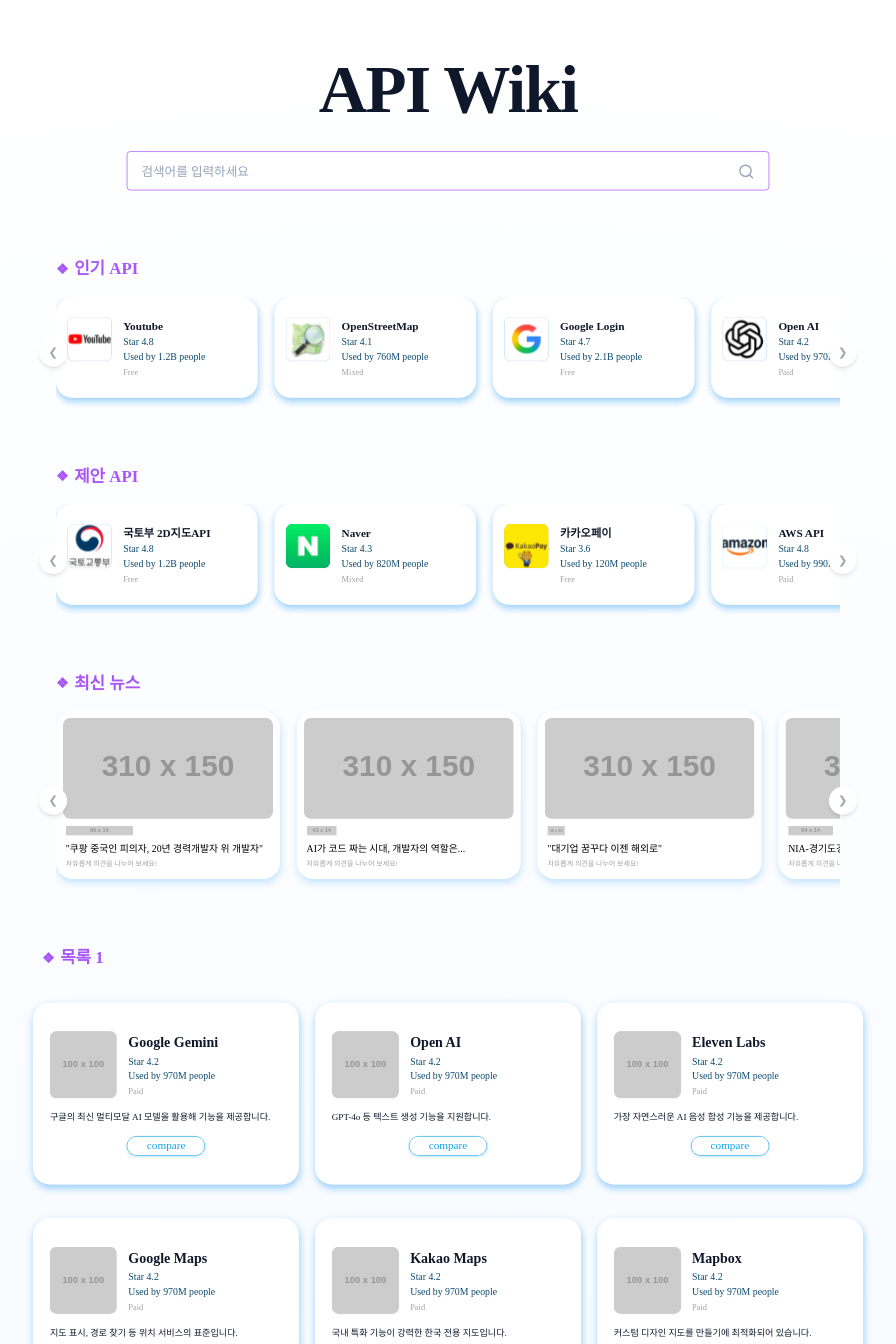
Repository: umc-apiwiki/FE_v1
Page: /
An editor plug-in stored every save of this project. The page is shown before and after the next save, followed by the edit.
The browser window is 1280 px wide. The pictures show the part of the page from y = 0 to 1920 px (the page is 8511 px tall), at 70% of full size.
The project was rebuilt for these pictures with package versions that can differ from the ones it lists, and the page was loaded fresh each time. Also part of the build but not shown: vite.config.ts.

Above is the page before, as saved 2026-01-17 20:29:24.

### index.html
<!doctype html>
<html lang="en">
  <head>
    <meta charset="UTF-8" />
    <link rel="icon" type="image/svg+xml" href="/vite.svg" />
    <meta name="viewport" content="width=device-width, initial-scale=1.0" />
    <title>apiwiki-fe-v1</title>
  </head>
  <body>
    <div id="root"></div>
    <script type="module" src="/src/main.tsx"></script>
  </body>
</html>

### src/index.css
@tailwind base;
@tailwind components;
@tailwind utilities;

:root {
  font-family: 'Pretendard Variable';
  font-weight: 400;
  color: #0b0f19;
  background-color: #f5f7fb;
  text-rendering: optimizeLegibility;
  -webkit-font-smoothing: antialiased;
}

@layer base {
  body {
    @apply min-h-screen bg-slate-50 text-slate-900 antialiased;
  }

  #root {
    @apply min-h-screen;
  }
}

### src/App.tsx
import HomePage from './app/page';

function App() {
  return (
    <div className="App">
      <HomePage />
    </div>
  );
}

export default App;

### src/components/APICard.tsx
interface APICardProps {
  title: string;
  star: string;
  usedBy: string;
  price: string;
  iconUrl: string;
  description?: string;
  isDetail?: boolean;
  isLarge?: boolean;
}

export default function APICard({
  title,
  star,
  usedBy,
  price,
  iconUrl,
  description,
  isDetail = false,
  isLarge = false,
}: APICardProps) {
  // 캐러셀용 작은 카드는 w-[288px], 목록용 큰 카드는 w-[380px]로 고정
  const cardSize = isDetail ? 'w-[380px] h-[260px]' : 'w-[288px] h-[144px]';
  const btnSize = isLarge ? 'w-32 h-8' : 'w-28 h-7';

  return (
    <div className={`group relative ${cardSize} flex-shrink-0 cursor-pointer`}>
      {/* 수정됨: border-[0.25px] border-sky-500 삭제 */}
      <div className="absolute inset-0 bg-gradient-to-b from-sky-500/10 to-white/20 rounded-2xl shadow-[1px_5px_10px_0px_rgba(33,150,243,0.25)]" />

      {/* 수정됨: border-[0.25px] border-sky-500 삭제 */}
      <div className="absolute inset-0 bg-white rounded-2xl shadow-[1px_5px_10px_0px_rgba(33,150,243,0.25)] transition-opacity duration-300 group-hover:opacity-0" />

      {/* 내부 패딩을 작은 카드는 p-4, 상세 카드는 p-6~7로 차등 적용 */}
      <div
        className={`relative h-full ${
          isDetail ? (isLarge ? 'p-7' : 'p-6') : 'p-4'
        } flex flex-col justify-center`}
      >
        <div className="flex items-start gap-4">
          <div
            className={`${
              isDetail ? 'w-24 h-24' : 'w-16 h-16'
            } rounded-[10px] overflow-hidden flex-shrink-0 bg-white shadow-sm`}
          >
            {/* 위 div에서 border-[0.5px] border-sky-500 삭제함 */}
            <img
              src={iconUrl}
              alt={title}
              className="w-full h-full object-cover"
            />
          </div>
          <div className="flex flex-col justify-start pt-1">
            <h3
              className={`text-slate-900 font-semibold leading-tight ${
                isDetail ? 'text-xl mb-1' : 'text-base mb-0.5'
              }`}
            >
              {title}
            </h3>
            <p className="text-sky-900 text-sm font-medium">Star {star}</p>
            <p className="text-sky-900 text-sm">Used by {usedBy}</p>
            <p className="text-zinc-400 text-xs mt-0.5">{price}</p>
          </div>
        </div>

        {isDetail && description && (
          <div className="mt-4">
            <p className="text-slate-900 text-[13px] font-normal line-clamp-2 mb-4 leading-relaxed">
              {description}
            </p>
            <div
              className={`mx-auto ${btnSize} relative rounded-[20px] shadow-[0px_2px_4px_0px_rgba(33,150,243,0.25)] border border-sky-500 overflow-hidden cursor-pointer`}
            >
              <div className="w-full h-full bg-white flex items-center justify-center hover:bg-sky-500 group/btn transition-colors duration-300">
                <span className="text-sky-500 text-base font-medium group-hover/btn:text-white transition-colors duration-300">
                  compare
                </span>
              </div>
            </div>
          </div>
        )}
      </div>
    </div>
  );
}

### src/components/APICarousel.tsx
'use client';
import React, { useRef } from 'react';

interface APICarouselProps {
  title: string;
  children: React.ReactNode;
}

export default function APICarousel({ title, children }: APICarouselProps) {
  const scrollRef = useRef<HTMLDivElement>(null);

  const scroll = (direction: 'left' | 'right') => {
    if (scrollRef.current) {
      const { scrollLeft, clientWidth } = scrollRef.current;
      const scrollTo =
        direction === 'left'
          ? scrollLeft - clientWidth
          : scrollLeft + clientWidth;
      scrollRef.current.scrollTo({ left: scrollTo, behavior: 'smooth' });
    }
  };

  return (
    <section className="w-full max-w-[1200px] mb-20 relative px-10">
      <h2 className="text-purple-500 text-2xl font-bold mb-6 flex items-center gap-2">
        <span className="text-xl">❖</span> {title}
      </h2>

      <div className="relative group/btns">
        {/* 화살표 버튼 */}
        <button
          onClick={() => scroll('left')}
          className="absolute -left-6 top-1/2 -translate-y-1/2 z-10 w-10 h-10 bg-white rounded-full shadow-md flex items-center justify-center text-gray-400 hover:text-sky-500"
        >
          ❮
        </button>

        <div
          ref={scrollRef}
          className="flex overflow-x-auto gap-6 no-scrollbar pb-4 scroll-smooth"
        >
          {children}
        </div>

        <button
          onClick={() => scroll('right')}
          className="absolute -right-6 top-1/2 -translate-y-1/2 z-10 w-10 h-10 bg-white rounded-full shadow-md flex items-center justify-center text-gray-400 hover:text-sky-500"
        >
          ❯
        </button>
      </div>
    </section>
  );
}

### src/components/NewsCard.tsx
interface NewsCardProps {
  title: string;
  publisherLogoUrl: string;
  thumbnailUrl: string;
}

export default function NewsCard({
  title,
  publisherLogoUrl,
  thumbnailUrl,
}: NewsCardProps) {
  return (
    <div className="group relative w-80 h-60 flex-shrink-0 cursor-pointer">
      {/* 수정됨: border-[0.25px] border-sky-500 삭제 */}
      <div
        className="w-full h-full bg-white rounded-2xl shadow-[1px_5px_10px_0px_rgba(33,150,243,0.25)]
        transition-all duration-300 group-hover:bg-gradient-to-b group-hover:from-sky-500/10 group-hover:to-white/20 p-2.5"
      >
        <img
          className="w-full h-36 rounded-[10px] object-cover mb-2.5"
          src={thumbnailUrl}
          alt="news"
        />
        <img
          className="h-3.5 ml-1 mb-2 object-contain"
          src={publisherLogoUrl}
          alt="publisher"
        />

        <div className="ml-1">
          <div className="text-black text-sm font-medium line-clamp-1">
            {title}
          </div>
          <div className="text-zinc-400 text-[10px] font-normal mt-1">
            자유롭게 의견을 나누어 보세요!
          </div>
        </div>
      </div>
    </div>
  );
}

### src/components/SearchBar.tsx
import { useState, useRef, useEffect } from 'react';

export default function SearchBar() {
  const [isOpen, setIsOpen] = useState(false);
  const containerRef = useRef<HTMLDivElement>(null);

  // 보내주신 4가지 검색어 데이터
  const recentSearches = [
    'AWS API',
    '네이버지도 API',
    '강아지 앱 API',
    '게임 앱 API',
  ];

  // 외부 클릭 시 닫기
  useEffect(() => {
    function handleClickOutside(event: MouseEvent) {
      if (
        containerRef.current &&
        !containerRef.current.contains(event.target as Node)
      ) {
        setIsOpen(false);
      }
    }
    document.addEventListener('mousedown', handleClickOutside);
    return () => {
      document.removeEventListener('mousedown', handleClickOutside);
    };
  }, []);

  return (
    <div
      ref={containerRef}
      className={`
        relative w-full max-w-[918px] bg-white border box-border overflow-hidden transition-all duration-300 ease-in-out z-50
        ${
          isOpen
            ? 'border-purple-500 rounded-[30px] h-[340px] shadow-lg' // 열렸을 때: 보라색 테두리, 높이 커짐
            : 'border-purple-500 rounded-[5px] h-14' // 닫혔을 때: 기본 높이
        }
      `}
    >
      {/* 1. 상단 입력창 */}
      <div className="h-14 w-full flex items-center px-[20px] relative shrink-0">
        <input
          type="text"
          className="w-full h-full text-lg text-slate-900 font-medium placeholder:text-slate-400 outline-none bg-transparent"
          placeholder="검색어를 입력하세요" // 필요 시 변경하세요
          onFocus={() => setIsOpen(true)}
        />

        {/* 돋보기 아이콘 (우측) */}
        <div className="absolute right-[20px] top-1/2 -translate-y-1/2 w-6 h-6 flex items-center justify-center">
          <svg
            width="24"
            height="24"
            viewBox="0 0 24 24"
            fill="none"
            stroke="currentColor"
            strokeWidth="2"
            strokeLinecap="round"
            strokeLinejoin="round"
            className="text-slate-400"
          >
            <circle cx="11" cy="11" r="8" />
            <line x1="21" y1="21" x2="16.65" y2="16.65" />
          </svg>
        </div>
      </div>

      {/* 2. 하단 검색 기록 리스트 (보내주신 디자인 적용됨) */}
      <div
        className={`px-[20px] pt-2 pb-4 flex flex-col gap-1 transition-opacity duration-300 ${
          isOpen ? 'opacity-100' : 'opacity-0'
        }`}
      >
        {/* 리스트 아이템 반복 (Map 사용) */}
        {recentSearches.map((text, index) => (
          <div
            key={index}
            className="group relative w-full h-14 flex items-center px-[40px] cursor-pointer transition-all duration-200
            hover:bg-sky-500/10 hover:rounded-tr-3xl hover:rounded-br-3xl" // 여기가 핵심: 마우스 올리면 하늘색 배경 + 오른쪽만 둥글게
          >
            {/* 시계 아이콘 (왼쪽) */}
            <div className="absolute left-0 w-6 h-6 flex items-center justify-center">
              <div className="w-5 h-4 bg-black/20" />{' '}
              {/* 보내주신 네모 아이콘 대신 실제 아이콘 넣으려면 아래 주석 해제 */}
              {/* <svg width="20" height="20" ... >시계 아이콘 svg</svg> */}
            </div>

            {/* 텍스트 */}
            <span className="text-slate-900 text-lg font-medium font-['Pretendard_Variable']">
              {text}
            </span>

            {/* X 버튼 (오른쪽) - 평소엔 숨김(opacity-0), 마우스 올리면 보임(opacity-100) */}
            <div className="absolute right-4 w-6 h-6 flex items-center justify-center opacity-0 group-hover:opacity-100 transition-opacity">
              <div className="w-5 h-5 bg-black/20" />{' '}
              {/* 보내주신 네모 아이콘 대신 실제 아이콘 넣으려면 아래 주석 해제 */}
              {/* <svg width="20" height="20" ... >X 아이콘 svg</svg> */}
            </div>
          </div>
        ))}
      </div>
    </div>
  );
}

### tailwind.config.ts
import type { Config } from "tailwindcss";

const config: Config = {
  content: [
    "./index.html",
    "./src/**/*.{js,ts,jsx,tsx,mdx}",
  ],
  theme: {
    container: {
      center: true,
      padding: "7.5rem", // 120px -> 7.5rem
    },
    extend: {
      colors: {
        // 브랜드 메인 컬러 (파란색 계열)
        brand: {
          50: "#F1F8FE", // 가장 밝은 파란색 (배경용)
          100: "#E3F2FD", // 매우 밝은 파란색
          200: "#C7E5FC", // 밝은 파란색
          300: "#90CBF9", // 연한 파란색
          400: "#59B0F6", // 중간 파란색
          500: "#2196F3", // 메인 브랜드 컬러 (primary)
          600: "#1e87db", // 진한 파란색
          700: "#1a78c2", // 더 진한 파란색
          800: "#1769aa", // 매우 진한 파란색
          900: "#145a92", // 가장 진한 파란색
          darker: "#030F18", // 거의 검은색에 가까운 다크 네이비
        },

        // 성공 상태 컬러 (초록색 계열)
        success: {
          DEFAULT: "#4CAF50", // 기본 성공 컬러
          foreground: "#FFFFFF", // 성공 컬러 위의 텍스트 색상 (흰색)
          dark: "#43A047", // 진한 성공 컬러
          darker: "#1B5E20", // 가장 진한 성공 컬러
        },

        // 경고 상태 컬러 (노란색 계열)
        warning: {
          DEFAULT: "#FFD400", // 기본 경고 컬러
          dark: "#E6BF00", // 진한 경고 컬러
          darker: "#8A6F00", // 가장 진한 경고 컬러
        },

        // 에러 상태 컬러 (빨간색 계열)
        error: {
          DEFAULT: "#F44336", // 기본 에러 컬러
          dark: "#E53935", // 진한 에러 컬러
          darker: "#B71C1C", // 가장 진한 에러 컬러
        },

        // 정보 상태 컬러 (파란색 계열 - brand와 동일)
        info: {
          DEFAULT: "#2196F3", // 기본 정보 컬러 (brand-500과 동일)
          dark: "#1E88E5", // 진한 정보 컬러
          darker: "#0D47A1", // 가장 진한 정보 컬러
        },
      },

      // 모서리 둥글기
      borderRadius: {
        sm: "0.3125rem", // 5px
        md: "0.625rem", // 10px
        lg: "1rem", // 16px
        xl: "1.25rem", // 20px
        "2xl": "1.5rem", // 24px
        "3xl": "2rem", // 32px
      },

      // 그림자 효과
      boxShadow: {
        card: "0.0625rem 0.3125rem 0.625rem 0rem rgba(33, 150, 243, 0.25)", // 1px 5px 10px...
        image: "0.0625rem 0.25rem 0.375rem 0rem rgba(33, 150, 243, 0.25)", // 1px 4px 6px...
        button: "0rem 0.125rem 0.25rem 0rem rgba(33, 150, 243, 0.25)", // 0px 2px 4px...
        tag: "0.0625rem 0.0625rem 0.3125rem 0.0625rem rgba(33, 150, 243, 0.10)", // 1px 1px 5px 1px...
      },

      // 테두리 두께
      borderWidth: {
        thin: "0.0625rem", // 1px
        "0.5": "0.03125rem", // 0.5px
      },

      // 폰트 패밀리
      fontFamily: {
        sans: [
          "Pretendard Variable",
          "sans-serif",
        ],
      },

      // 폰트 크기
      fontSize: {
        xs: "0.75rem", // 12px
        sm: "0.875rem", // 14px
        base: "1rem", // 16px
        lg: "1.125rem", // 18px
        xl: "1.25rem", // 20px
      },

      // 줄 간격
      lineHeight: {
        "5": "1.25rem", // 20px
      },

      // 그라디언트 배경
      backgroundImage: {
        // 카드 hover/선택 상태에 사용되는 그라디언트
        // 위에서 아래로: 연한 파란색(10% 투명도) → 흰색(20% 투명도)
        "brand-gradient":
          "linear-gradient(to bottom, rgba(33, 150, 243, 0.1), rgba(255, 255, 255, 0.2))",
      },
    },
  },
  plugins: [],
};

export default config;

Loaded but not shown: src/main.tsx (common file); src/app/page.tsx (643 lines, source omitted)

After the next save:
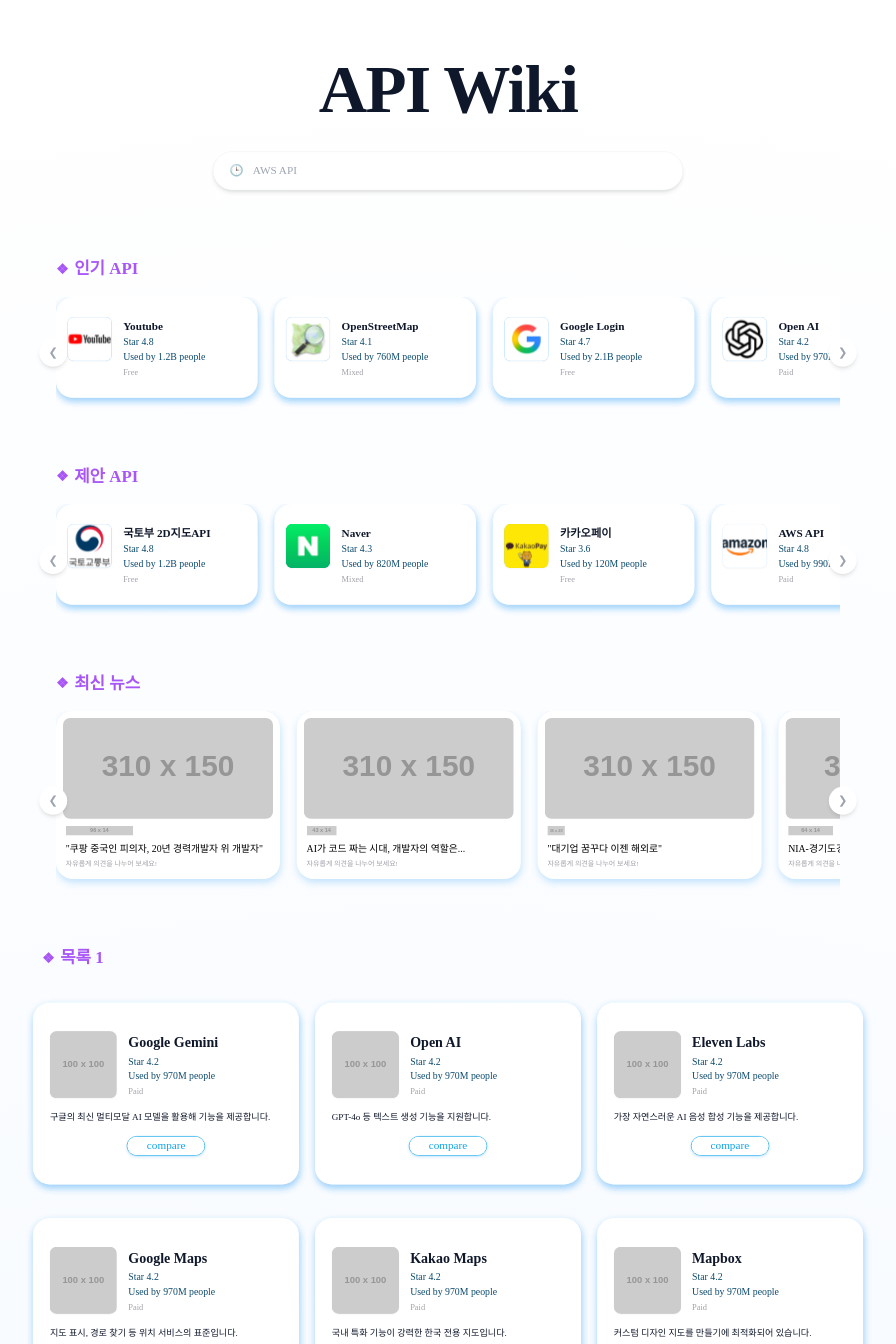
Saved 3 min 9 s later.
--- a/src/components/SearchBar.tsx
+++ b/src/components/SearchBar.tsx
@@ -1,106 +1,42 @@
-import { useState, useRef, useEffect } from 'react';
-
 export default function SearchBar() {
-  const [isOpen, setIsOpen] = useState(false);
-  const containerRef = useRef<HTMLDivElement>(null);
-
-  // 보내주신 4가지 검색어 데이터
-  const recentSearches = [
+  // 4개의 검색어 리스트
+  const searchTerms = [
     'AWS API',
     '네이버지도 API',
     '강아지 앱 API',
     '게임 앱 API',
   ];
 
-  // 외부 클릭 시 닫기
-  useEffect(() => {
-    function handleClickOutside(event: MouseEvent) {
-      if (
-        containerRef.current &&
-        !containerRef.current.contains(event.target as Node)
-      ) {
-        setIsOpen(false);
-      }
-    }
-    document.addEventListener('mousedown', handleClickOutside);
-    return () => {
-      document.removeEventListener('mousedown', handleClickOutside);
-    };
-  }, []);
-
   return (
-    <div
-      ref={containerRef}
-      className={`
-        relative w-full max-w-[918px] bg-white border box-border overflow-hidden transition-all duration-300 ease-in-out z-50
-        ${
-          isOpen
-            ? 'border-purple-500 rounded-[30px] h-[340px] shadow-lg' // 열렸을 때: 보라색 테두리, 높이 커짐
-            : 'border-purple-500 rounded-[5px] h-14' // 닫혔을 때: 기본 높이
-        }
-      `}
-    >
-      {/* 1. 상단 입력창 */}
-      <div className="h-14 w-full flex items-center px-[20px] relative shrink-0">
+    <div className="w-full max-w-2xl relative group">
+      <div className="relative z-20">
         <input
           type="text"
-          className="w-full h-full text-lg text-slate-900 font-medium placeholder:text-slate-400 outline-none bg-transparent"
-          placeholder="검색어를 입력하세요" // 필요 시 변경하세요
-          onFocus={() => setIsOpen(true)}
+          className="w-full h-14 px-14 rounded-full border border-gray-100 shadow-md outline-none focus:ring-2 focus:ring-sky-300 transition-all"
+          placeholder="AWS API"
         />
-
-        {/* 돋보기 아이콘 (우측) */}
-        <div className="absolute right-[20px] top-1/2 -translate-y-1/2 w-6 h-6 flex items-center justify-center">
-          <svg
-            width="24"
-            height="24"
-            viewBox="0 0 24 24"
-            fill="none"
-            stroke="currentColor"
-            strokeWidth="2"
-            strokeLinecap="round"
-            strokeLinejoin="round"
-            className="text-slate-400"
-          >
-            <circle cx="11" cy="11" r="8" />
-            <line x1="21" y1="21" x2="16.65" y2="16.65" />
-          </svg>
-        </div>
+        <span className="absolute left-6 top-1/2 -translate-y-1/2">🕒</span>
       </div>
 
-      {/* 2. 하단 검색 기록 리스트 (보내주신 디자인 적용됨) */}
-      <div
-        className={`px-[20px] pt-2 pb-4 flex flex-col gap-1 transition-opacity duration-300 ${
-          isOpen ? 'opacity-100' : 'opacity-0'
-        }`}
-      >
-        {/* 리스트 아이템 반복 (Map 사용) */}
-        {recentSearches.map((text, index) => (
-          <div
-            key={index}
-            className="group relative w-full h-14 flex items-center px-[40px] cursor-pointer transition-all duration-200
-            hover:bg-sky-500/10 hover:rounded-tr-3xl hover:rounded-br-3xl" // 여기가 핵심: 마우스 올리면 하늘색 배경 + 오른쪽만 둥글게
-          >
-            {/* 시계 아이콘 (왼쪽) */}
-            <div className="absolute left-0 w-6 h-6 flex items-center justify-center">
-              <div className="w-5 h-4 bg-black/20" />{' '}
-              {/* 보내주신 네모 아이콘 대신 실제 아이콘 넣으려면 아래 주석 해제 */}
-              {/* <svg width="20" height="20" ... >시계 아이콘 svg</svg> */}
+      {/* 마우스 올렸을 때 나타나는 자동완성 박스 */}
+      <div className="absolute top-2 left-0 w-full pt-14 opacity-0 group-hover:opacity-100 transition-opacity duration-300 z-10 pointer-events-none group-hover:pointer-events-auto">
+        <div className="bg-white/90 backdrop-blur-md border border-sky-100 rounded-2xl shadow-xl overflow-hidden py-2">
+          {searchTerms.map((term, index) => (
+            <div
+              key={index}
+              className="px-6 py-4 flex items-center justify-between hover:bg-sky-500/10 cursor-pointer transition-colors group/item"
+            >
+              <div className="flex items-center gap-4">
+                <span className="text-slate-500">🕒</span>
+                <span className="text-slate-900 font-medium">{term}</span>
+              </div>
+              {/* 제시된 디자인의 우측 삭제 아이콘 대응 */}
+              <button className="text-slate-400 font-bold opacity-0 group-hover/item:opacity-100 transition-opacity">
+                ✕
+              </button>
             </div>
-
-            {/* 텍스트 */}
-            <span className="text-slate-900 text-lg font-medium font-['Pretendard_Variable']">
-              {text}
-            </span>
-
-            {/* X 버튼 (오른쪽) - 평소엔 숨김(opacity-0), 마우스 올리면 보임(opacity-100) */}
-            <div className="absolute right-4 w-6 h-6 flex items-center justify-center opacity-0 group-hover:opacity-100 transition-opacity">
-              <div className="w-5 h-5 bg-black/20" />{' '}
-              {/* 보내주신 네모 아이콘 대신 실제 아이콘 넣으려면 아래 주석 해제 */}
-              {/* <svg width="20" height="20" ... >X 아이콘 svg</svg> */}
-            </div>
-          </div>
-        ))}
+          ))}
+        </div>
       </div>
     </div>
   );
